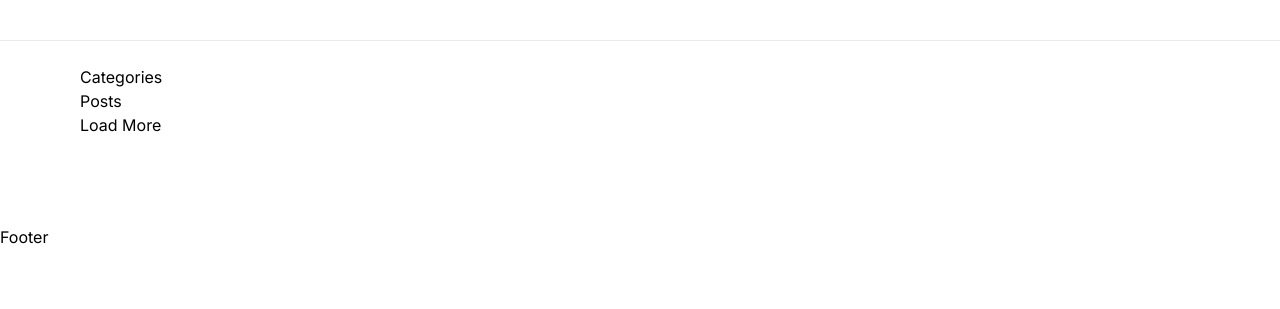
Repository: MikeeBuilds/flexxible
Page: /
An editor plug-in stored every save of this project. The page is shown before and after a run of saves, followed by the edit.
The browser window is 1280 px wide. The pictures show the whole page.
The project was rebuilt for these pictures with package versions that can differ from the ones it lists, and the page was loaded fresh each time. The framework's server and built-in components were replaced by stand-ins that run in the browser. Also part of the build but not shown: next.config.js.

Above is the page before, as saved 2023-06-24 16:22:43.

### app/layout.tsx
import './globals.css';
import NavBar from '@/components/NavBar';
import Footer from '@/components/Footer';


export const metadata = {
  title: 'Flexxible',
  description: 'Showcase and discover remarkable developer projects',
}

export default function RootLayout({
  children,
}: {
  children: React.ReactNode
}) {
  return (
    <html lang="en">
      <body>
        <NavBar/>
        <main>
        {children}
        </main>
        <Footer/>
      </body>
    </html>
  )
}

### app/page.tsx
const home = () => {
    return (
        <section className="flex-start flex-col paddings mb-16">
            <h1>
                Categories
            </h1>

            <h1>
                Posts
            </h1>

            <h1>
                Load More
            </h1>
        </section>
    )
}


export default home

### components/NavBar.tsx
import Image from 'next/image'
import Link from 'next/link'
import React from 'react'

const NavBar = () => {
  return (
    <nav className='flex-between navbar'>
        <div className='flex-1 flexStart gap-10'>
            <Link href="/">
                <Image/>
            </Link>
        </div>
    </nav>
  )
}

export default NavBar

Loaded but not shown: app/globals.css (common file); components/Footer.tsx (common file); tailwind.config.js (common file)

After the next 5 saves:
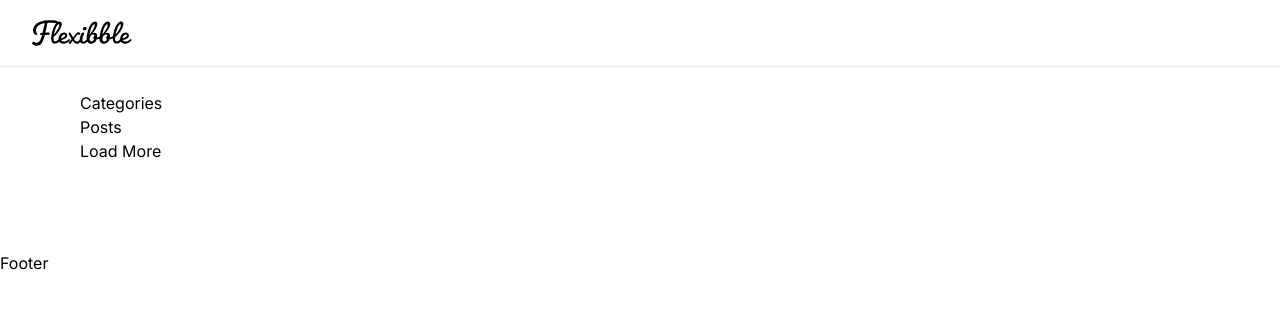
The 5 saves are shown as one change because 1 did not build or start and some came seconds apart.
The last was saved 20 s later.
--- a/components/NavBar.tsx
+++ b/components/NavBar.tsx
@@ -7,7 +7,12 @@ const NavBar = () => {
     <nav className='flex-between navbar'>
         <div className='flex-1 flexStart gap-10'>
             <Link href="/">
-                <Image/>
+                <Image
+                    src="/logo.svg"
+                    alt="Flexxible"
+                    width={100}
+                    height={100}
+                />
             </Link>
         </div>
     </nav>
